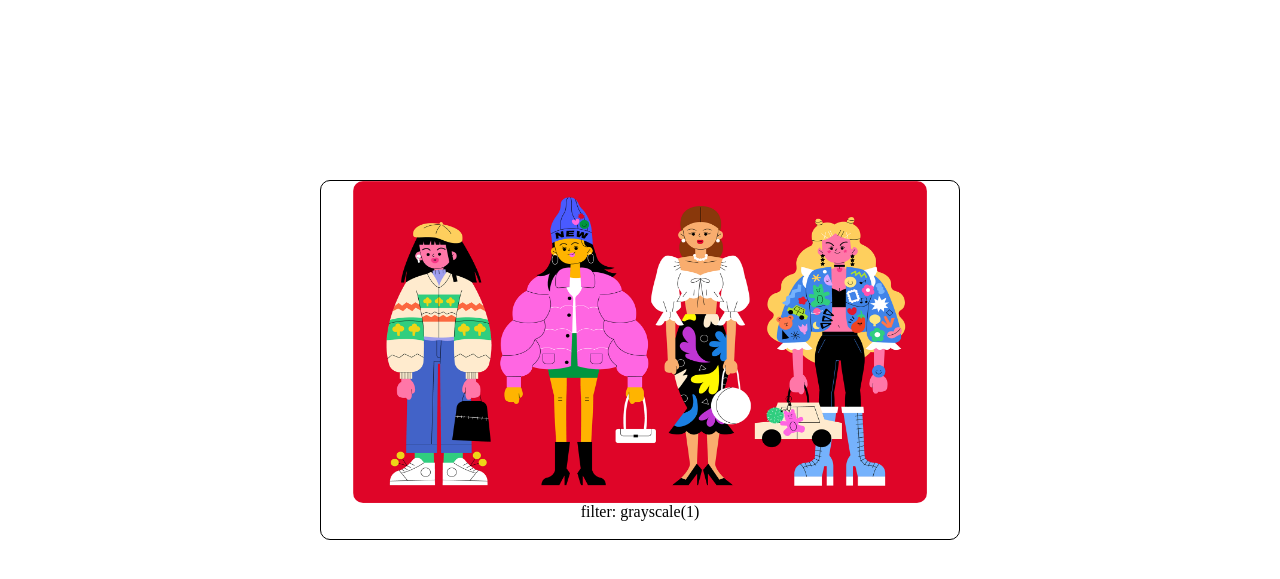
Repository: beva3/javaScrypt
Page: claire-dark/filter-grayscale.html
These files come from the project's save history. The page is drawn as it stood at one moment and after a run of saves; the edit follows.
The browser window is 1280 px wide. The pictures show the whole page.
The pointer rests on the first visible `.img`.

Above is the page before, as saved 2024-05-10 13:15:04.

### claire-dark/filter-grayscale.html
<!DOCTYPE html>
<html lang="en">
<head>
    <style>
        *{
            padding:0;
            margin: 0;
            box-sizing: border-box;
        }
        body {
            height: 100vh;
            display: flex;
            align-items: center;
            justify-content: center;
            .img{
                display: flex;
                flex-direction: column;
                align-items: center;
                justify-content: center;
                width: 50vw;
                height: 50vh;
                border: 1px solid black;
                border-radius: 10px;
                #p0{
                    color: red;
                    visibility: hidden;
                }
                img{
                    width: 90%;
                    height: 90%;
                    border-radius: 10px;

                    filter: grayscale(1); /*noir et blanc*/
                    transition: 0.9s;
                }
            }
            .img:hover{
                img{
                    filter: grayscale(0);
                }
                #p0{
                    color: red;
                    visibility: hidden;
                }
            }
        }
    </style>
    <meta charset="UTF-8">
    <meta name="viewport" content="width=device-width, initial-scale=1.0">
    <title>grayscal</title>
</head>
<body>
    <div class="img">
        <img src="./img.png" alt="img">
        <p id="p1">filter: grayscale(1)</p>
        <p id="p0">filter: grayscale(0)</p>
    </div>
</body>
</html>

After the next 2 saves:
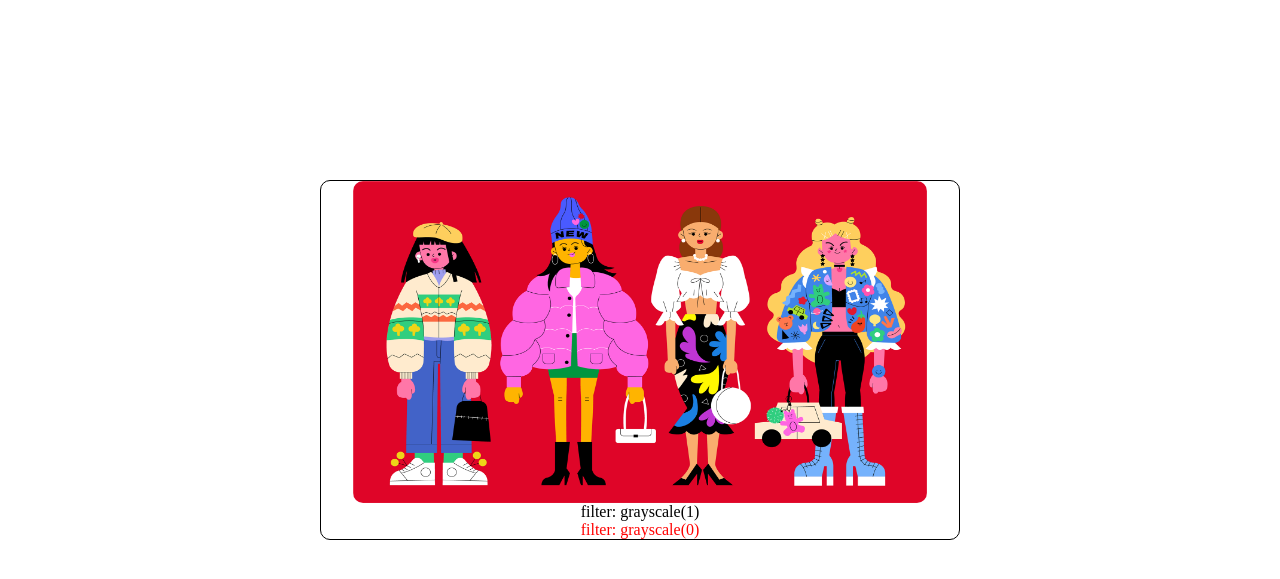
The 2 saves are shown as one change because they came seconds apart.
The last was saved 9 s later.
--- a/claire-dark/filter-grayscale.html
+++ b/claire-dark/filter-grayscale.html
@@ -39,8 +39,7 @@
                     filter: grayscale(0);
                 }
                 #p0{
-                    color: red;
-                    visibility: hidden;
+                    visibility: visible;
                 }
             }
         }

After the save that followed:
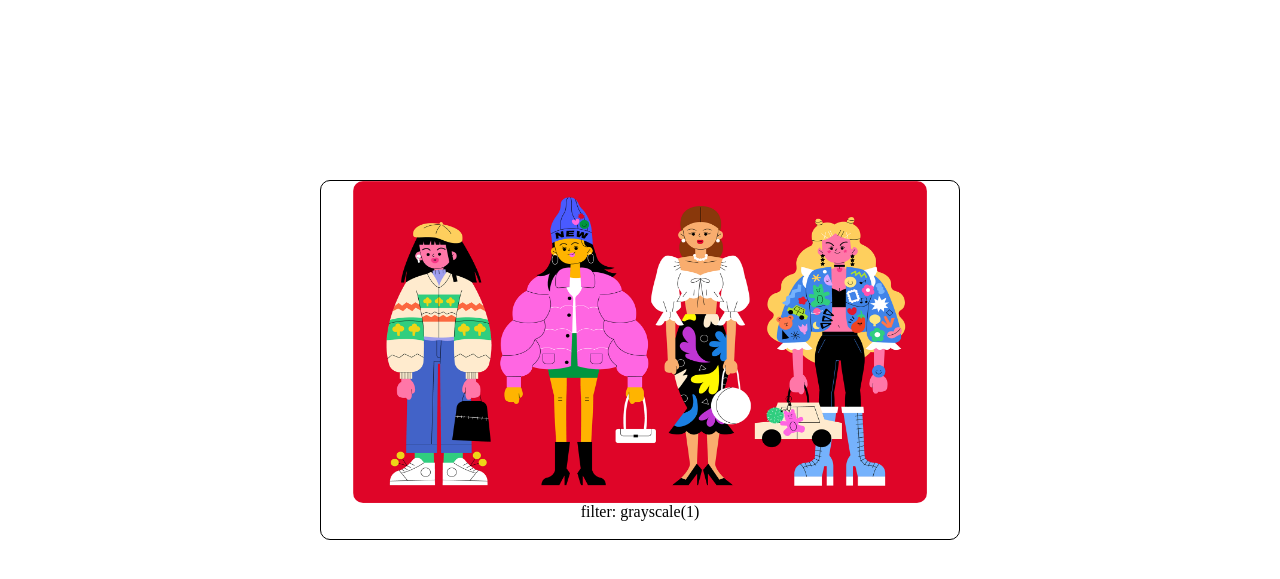
Saved 22 s later.
--- a/claire-dark/filter-grayscale.html
+++ b/claire-dark/filter-grayscale.html
@@ -41,6 +41,10 @@
                 #p0{
                     visibility: visible;
                 }
+                #p0{
+                    color: red;
+                    visibility: hidden;
+                }
             }
         }
     </style>
